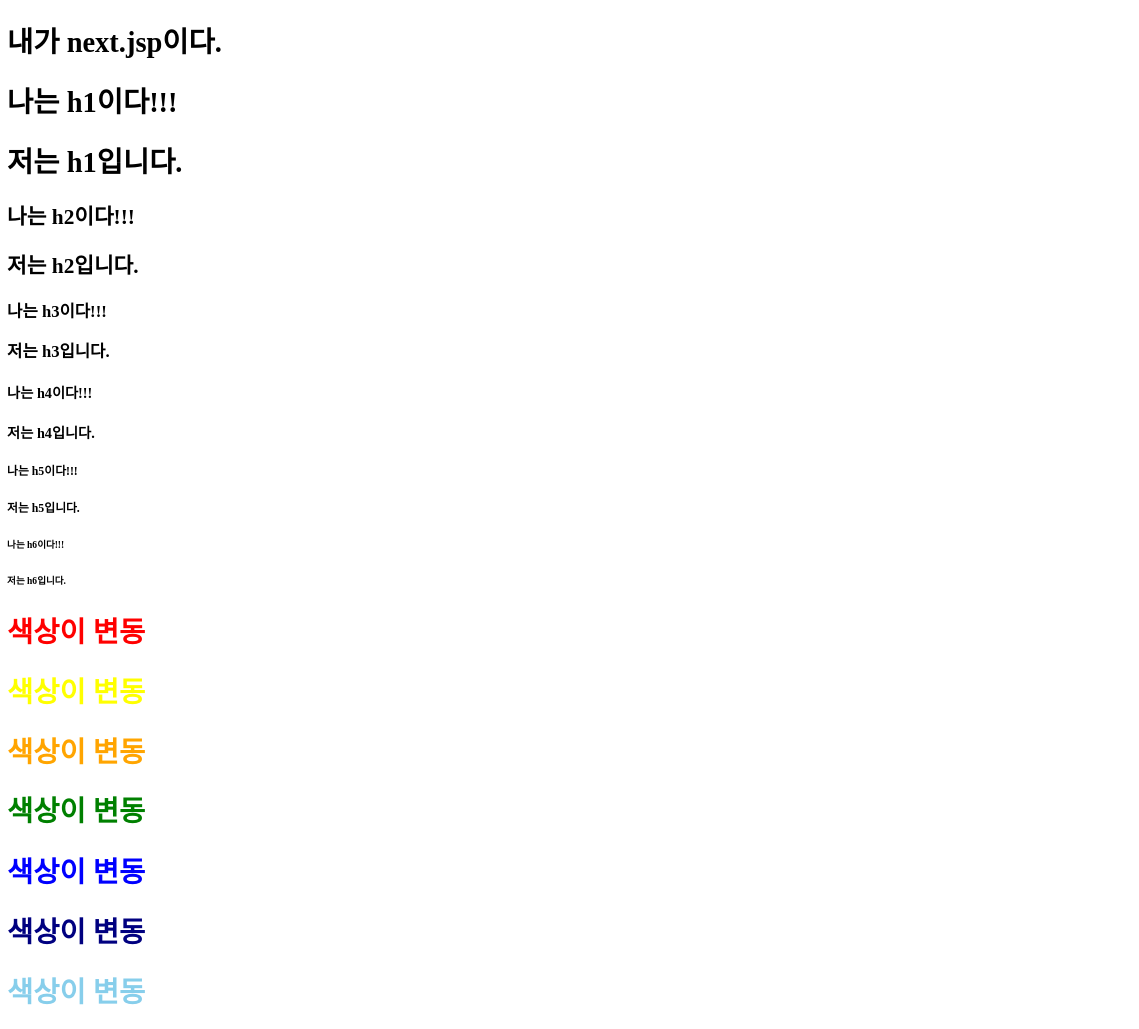
Repository: to-flatwhite1/JSP
Page: http://localhost/JSP07/next.jsp
These files come from the project's save history. The page is drawn as it stood at one moment and after the next save; the edit follows.
The browser window is 1280 px wide. The pictures show the whole page, at 89% of full size.
The page is served by Tomcat 9.

Above is the page before, as saved 2024-05-16 02:41:06.

After the next save:
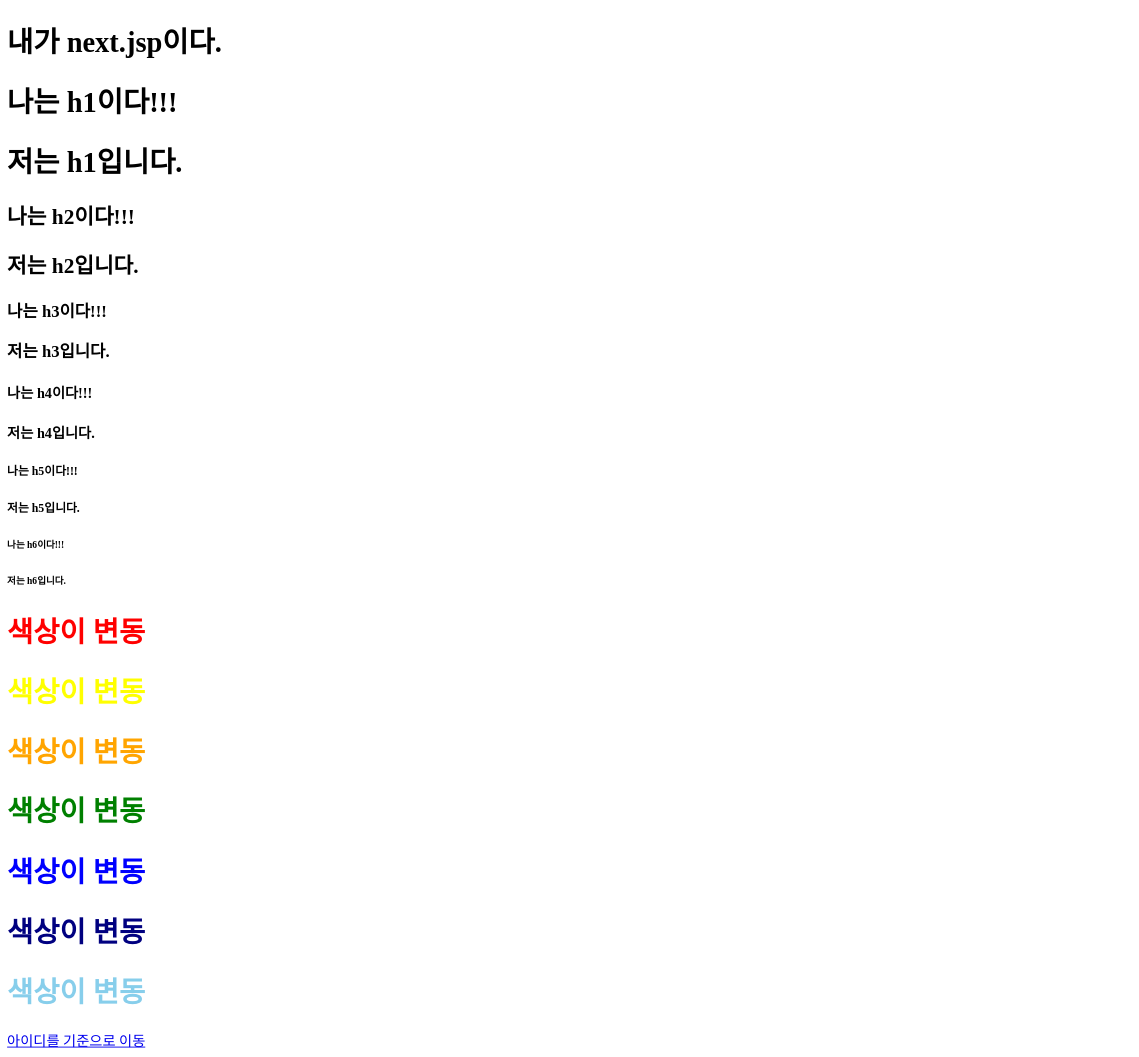
Saved 17 min 13 s later.
--- a/JSP07/src/main/webapp/next.jsp
+++ b/JSP07/src/main/webapp/next.jsp
@@ -9,7 +9,7 @@
 		</style>
 	</head>
 	<body>
-		<h1>내가 next.jsp이다.</h1>
+		<h1 id=#start>내가 next.jsp이다.</h1>
 		<%
 			for(int i=1; i<7; i++){
 		%>
@@ -44,5 +44,6 @@
 
 			}
 			%>
+			<a href="#start">아이디를 기준으로 이동</a>
 	</body>
 </html>
